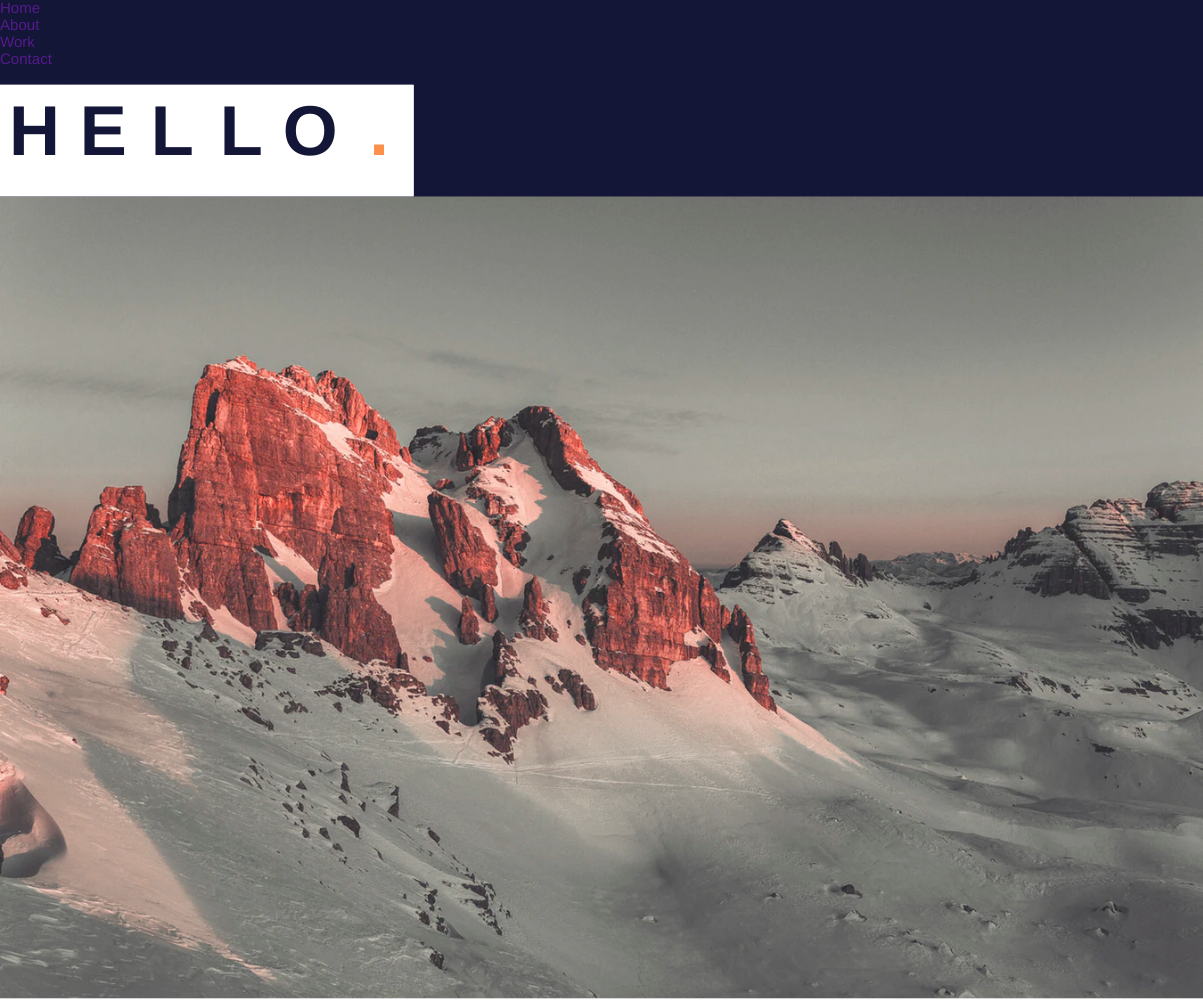
Repository: keloriane/animation-live
Page: /
An editor plug-in stored every save of this project. The page is shown before and after the next save, followed by the edit.
The browser window is 1280 px wide. The pictures show the whole page, at 94% of full size.
The project was rebuilt for these pictures with package versions that can differ from the ones it lists, and the page was loaded fresh each time.

Above is the page before, as saved 2020-02-18 10:51:53.

After the next save:
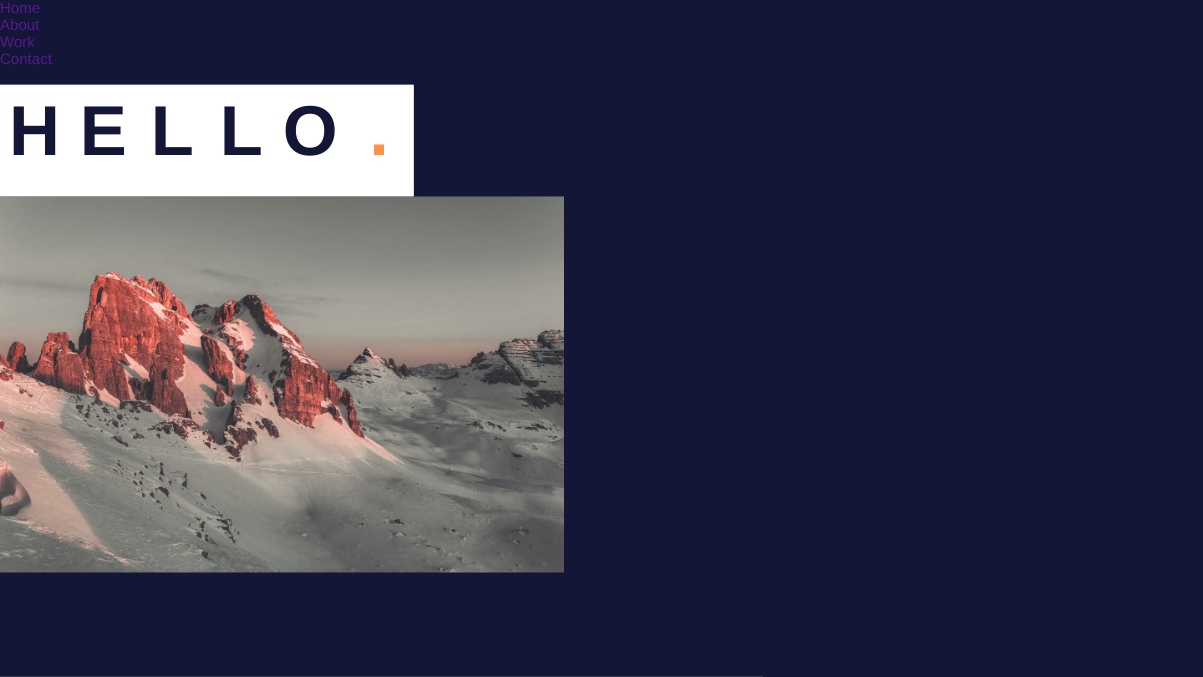
Saved 15 s later.
--- a/src/views/Home.js
+++ b/src/views/Home.js
@@ -63,7 +63,7 @@ const Home = () => {
                 </div>
                     </div>
                 <div className="image-container">
-                    <img src="./assets/img/mountain.webp" alt=""/>
+                    <img className="mountain-view" src="./assets/img/mountain.webp" alt=""/>
                 </div>
             </div>
             </div>
